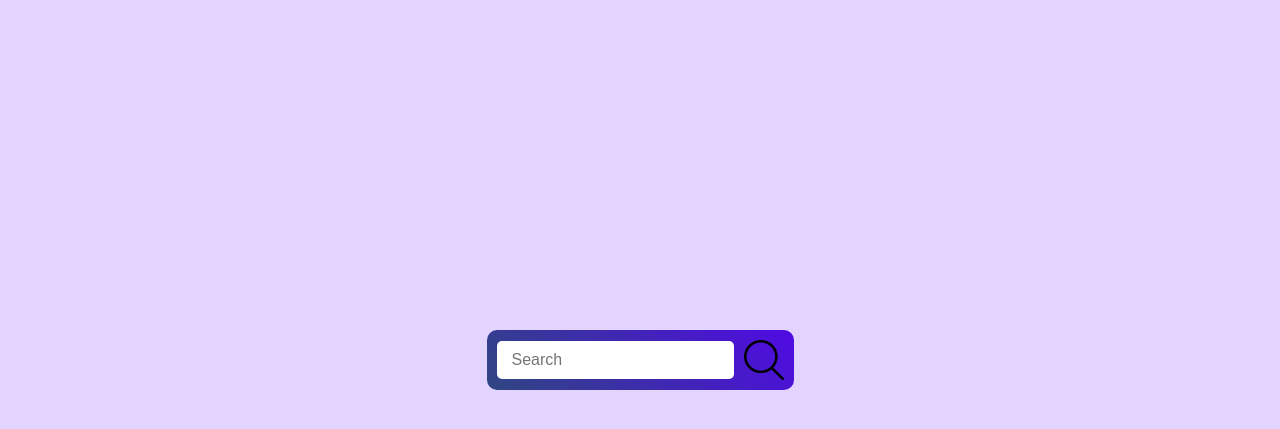
Repository: wakoya-tech/wheather-app
Page: /
The author's editor kept a copy of each file at every save. The page is drawn from the files as they stood at one save, then again after the next save.
The browser window is 1280 px wide. The pictures show the whole page.
The project was rebuilt for these pictures with package versions that can differ from the ones it lists, and the page was loaded fresh each time. Also part of the build but not shown: vite.config.js, src/App.css.

Above is the page before, as saved 2025-10-18 00:17:20.

### index.html
<!DOCTYPE html>
<html lang="en">
  <head>
    <meta charset="UTF-8" />
    <link rel="icon" type="image/svg+xml" href="/vite.svg" />
    <meta name="viewport" content="width=device-width, initial-scale=1.0" />
    <title>Weather App - wakoCode</title>
  </head>
  <body>
    <div id="root"></div>
    <script type="module" src="/src/main.jsx"></script>
  </body>
</html>

### src/App.jsx
import { useState } from 'react'
import Weather from './Components/Weather'

import './App.css'

function App() {
 return(
 <div className='App'>

<Weather/>

 </div>

 )

}

export default App

### src/index.css

*{
    margin: 0;
    padding: 0;
    box-sizing: border-box;
    font-family: "poppins",sans-serif;
}
.App {
    min-height: 100vh;
    display: grid;
    background: #e2d4ff;
}

### src/Components/Weather.jsx
import React from 'react';
import './Weather.css';
import search_icon from '../assets/Search.png';

function Weather() {
  return (
    <div className='weather'>
      <div className="search-bar">
        <input type="text" placeholder='Search' />
        <img className='img' src={search_icon} alt="Search" />
      </div>
    </div>
  );
}

export default Weather;

### src/Components/Weather.css
.weather{
place-self: center;
padding: 10px;
border-radius: 10px;
background-image: linear-gradient(45deg,#2f4680,#500ae4);
display: flex;
flex-direction: column;
align-items: center;
}
.search-bar{
    display: flex;
    align-items: center;
    gap: 10px;
}
.search-bar input{
    padding: 10px 15px;
    font-size: 16px;
    border-radius: 5px;
    border: none;
    outline: none;
    flex: 1;
}
.search-bar .img{
    height: 100%;
    max-height: 40px;
  cursor: pointer;
}

Loaded but not shown: src/main.jsx (common file)

After the next save:
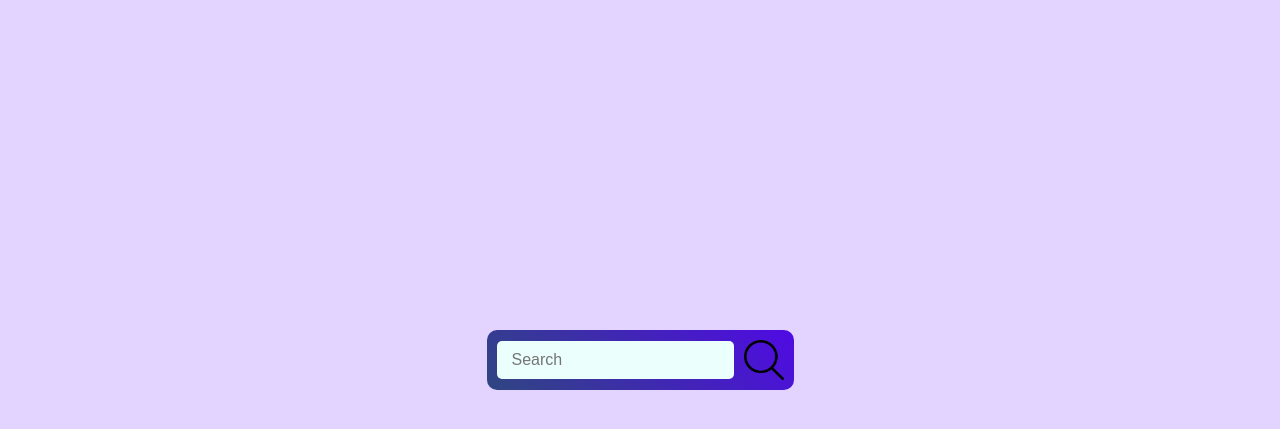
Saved 103 s later.
--- a/src/Components/Weather.css
+++ b/src/Components/Weather.css
@@ -19,6 +19,8 @@ align-items: center;
     border: none;
     outline: none;
     flex: 1;
+    color: #626262;
+    background: #ebfffc;
 }
 .search-bar .img{
     height: 100%;
